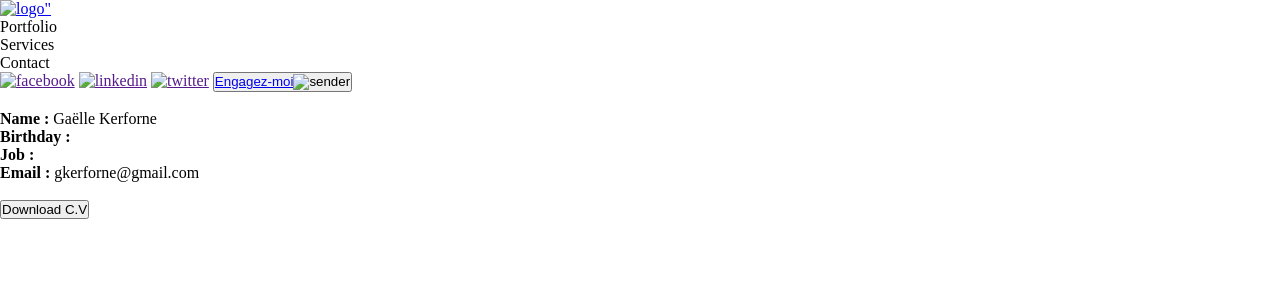
Repository: helfina/my_SiteWeb_gaelle-kfe
Page: index.html
These files come from the project's save history. The page is drawn as it stood at one moment and after the next save; the edit follows.
The browser window is 1280 px wide. The pictures show the whole page.

Above is the page before, as saved 2020-11-08 11:29:55.

### index.html
<!DOCTYPE html>
<html lang="en">
<head>
    <meta charset="UTF-8">
    <meta name="viewport" content="width=device-width, initial-scale=1.0">
    <link rel="stylesheet" href="assets/css/style.css">

    <title>Gaëlle Kerforne étudiante Freelances</title>


</head>
<body>
    <!-------------------------------------------------------------
                                HEADER
    -------------------------------------------------------------->
    <header>
        <nav>
            <a href="index.html"><img src="" alt=logo"></a>
            <ul>
                <li><a href=""></a>Portfolio</li>
                <li><a href=""></a>Services</li>
                <li><a href=""></a>Contact</li>
            </ul>
            <a href=""><img src="" alt="facebook"></a>
            <a href=""><img src="" alt="linkedin"></a>
            <a href=""><img src="" alt="twitter"></a>

            <button><a href="mailto:gkerforne@gmail.com">Engagez-moi</a><img src="" alt="sender"></button>

        </nav>
    </header>
    <main>
        <section>
            <h1></h1>
            <h2></h2>
            <img src="" alt="">
            <ul>
                <li><strong>Name : </strong> Gaëlle Kerforne</li>
                <li><strong>Birthday : </strong></li>
                <li><strong> Job : </strong></li>
                <li><a href="mailto:gkerforne@gmail.com"></a><strong>Email : </strong> gkerforne@gmail.com</li>
                <li><a href="tel:0786598911"></a><strong></strong></li>
            </ul>
            <button><a href="" download=""></a>Download C.V</button>
        </section>
        <section>
            <h3></h3>
            <h3></h3>
            <div>
                <article>

                </article>
            </div>
            <div>
                <article>

                </article>
            </div>
        </section>
    </main>
</body>
</html>

### assets/css/style.css
/*
                    RESET CSS
*/
* {
  margin: 0;
  padding: 0;
  outline: 0;
  box-sizing: border-box;
}

body {
 background: ;
 color: ;
 -webkit-font-smoothing: antialiased;
}

body, input, button {
 font-size: ;
 font-family: ;
}

button {
 cursor: pointer;
}
/*
                   Index
*/

After the next save:
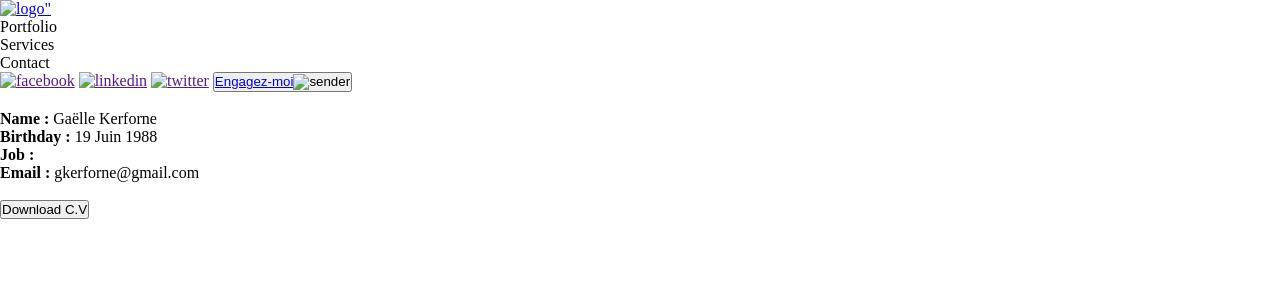
Saved 10 s later.
--- a/index.html
+++ b/index.html
@@ -36,7 +36,7 @@
             <img src="" alt="">
             <ul>
                 <li><strong>Name : </strong> Gaëlle Kerforne</li>
-                <li><strong>Birthday : </strong></li>
+                <li><strong>Birthday : </strong> 19 Juin 1988</li>
                 <li><strong> Job : </strong></li>
                 <li><a href="mailto:gkerforne@gmail.com"></a><strong>Email : </strong> gkerforne@gmail.com</li>
                 <li><a href="tel:0786598911"></a><strong></strong></li>
